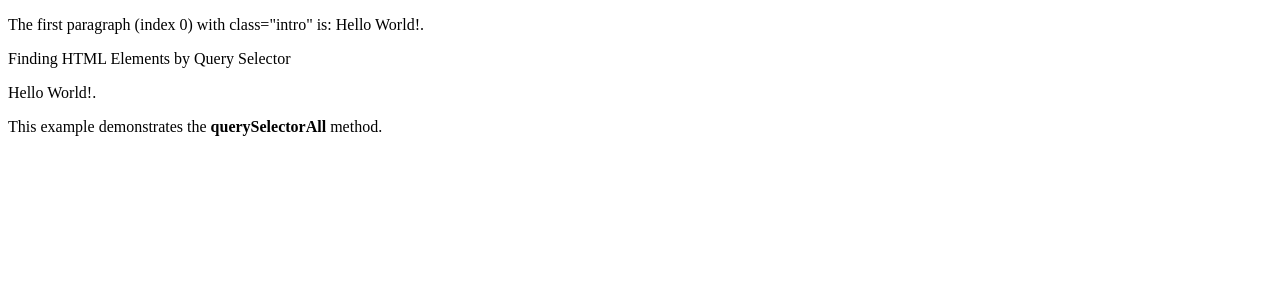
Repository: nghiakma/Javascript-begin
Page: dom/dom.html
These files come from the project's save history. The page is drawn as it stood at one moment and after the next save; the edit follows.
The browser window is 1280 px wide. The pictures show the whole page.

Above is the page before, as saved 2023-05-22 16:21:50.

### dom/dom.html
<!DOCTYPE html>
<!DOCTYPE html>
<html lang="en">

<head>
    <meta charset="UTF-8">
    <meta http-equiv="X-UA-Compatible" content="IE=edge">
    <meta name="viewport" content="width=device-width, initial-scale=1.0">
    <title>Document</title>
</head>

<body>
    <p id="demo"></p>
    <p>Finding HTML Elements by Query Selector</p>
    <p class="intro">Hello World!.</p>
    <p class="intro">This example demonstrates the <b>querySelectorAll</b> method.</p>

    <form action="" id="frm1"></form>
    <script>
        // document.getElementById("demo").innerHTML = "hello world";
        // const x = document.getElementsByClassName("intro");
        // const element = document.getElementsByTagName("p");
        // document.getElementById("demo").innerHTML = 'The text in first paragraph' + element[0].innerHTML;

        /*Tim phan tu html css selector tim tat ca cac phan tu*/
        const x = document.querySelectorAll("p.intro");
        document.getElementById("demo").innerHTML =
            'The first paragraph (index 0) with class="intro" is: ' + x[0].innerHTML;

        /*Tim phan tu form*/
    </script>
</body>

</html>

After the next save:
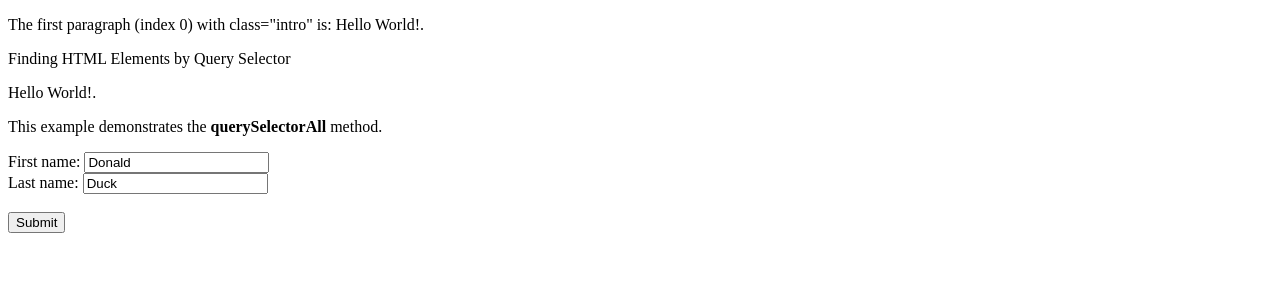
Saved 9 s later.
--- a/dom/dom.html
+++ b/dom/dom.html
@@ -15,7 +15,11 @@
     <p class="intro">Hello World!.</p>
     <p class="intro">This example demonstrates the <b>querySelectorAll</b> method.</p>
 
-    <form action="" id="frm1"></form>
+    <form action="" id="frm1">
+        First name: <input type="text" name="fname" value="Donald"><br>
+        Last name: <input type="text" name="lname" value="Duck"><br><br>
+        <input type="submit" value="Submit">
+    </form>
     <script>
         // document.getElementById("demo").innerHTML = "hello world";
         // const x = document.getElementsByClassName("intro");
